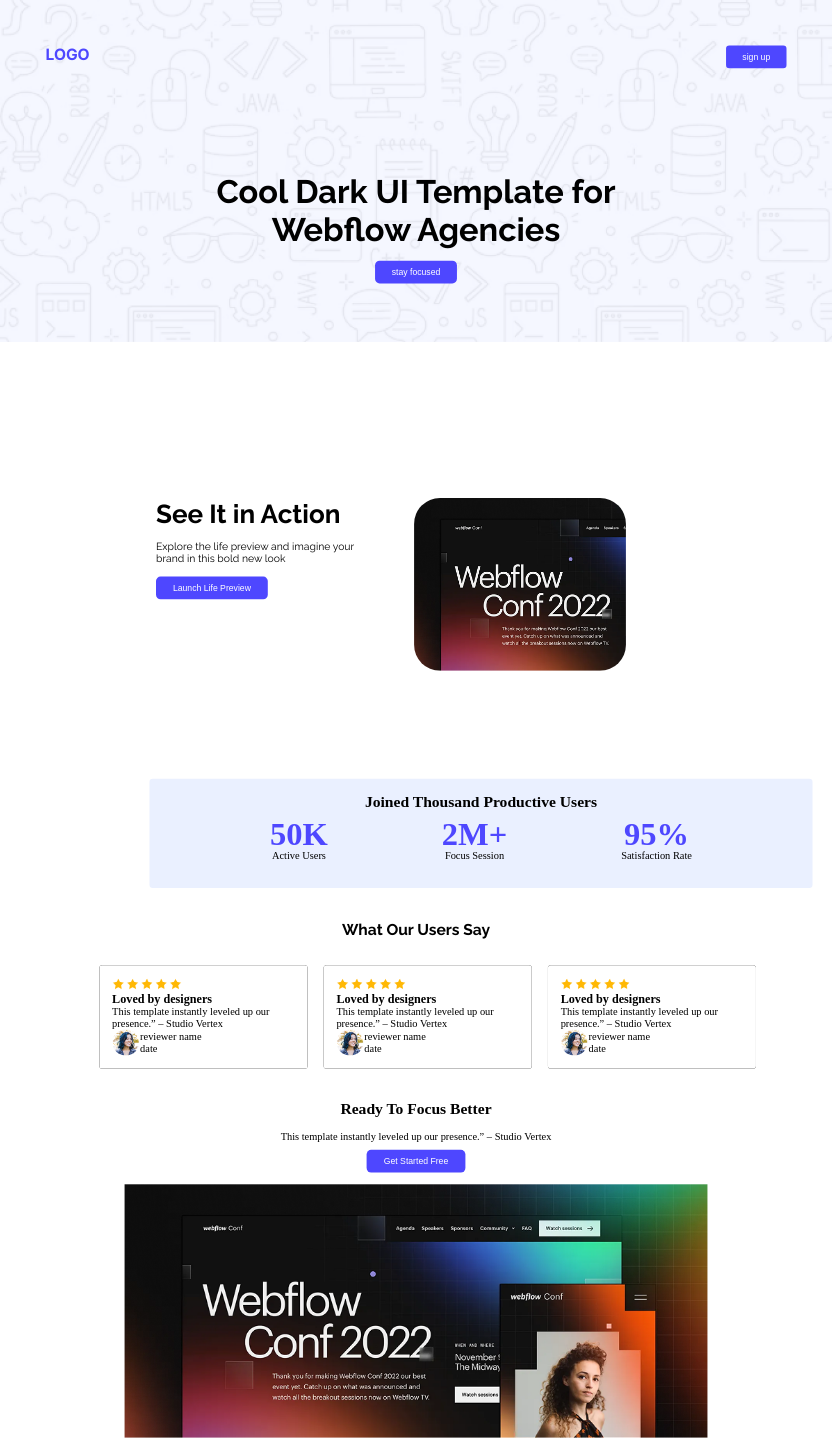
Repository: dollyrakhe22/landing-launchpad
Page: index.html
The author's editor kept a copy of each file at every save. The page is drawn from the files as they stood at one save, then again after the next save.
The browser window is 1280 px wide. The pictures show the whole page, at 65% of full size.

Above is the page before, as saved 2025-07-11 08:53:49.

### index.html
<!DOCTYPE html>
<html lang="en">
<head>
    <meta charset="UTF-8">
    <meta name="viewport" content="width=device-width, initial-scale=1.0">
    <title>Landing Launchpad</title>
    <link rel="preconnect" href="https://fonts.googleapis.com">
    <link rel="preconnect" href="https://fonts.googleapis.com">
<link rel="preconnect" href="https://fonts.gstatic.com" crossorigin>
<link href="https://fonts.googleapis.com/css2?family=Inter:ital,opsz,wght@0,14..32,100..900;1,14..32,100..900&family=Open+Sans:ital,wght@0,300..800;1,300..800&family=Raleway:ital,wght@0,100..900;1,100..900&display=swap" rel="stylesheet">
    <link rel="stylesheet" href="style.css">
   </head>
   <body>
    <header>

        <nav>
         <h2 class="inter-normal">LOGO</h2>
            <a href="#"><button>sign up</button></a>
        </nav>
        <div class="banner-section">
             <h1 class="raleway-normal" >Cool Dark UI Template for <br>Webflow Agencies</h1><br>
            <a href=""><button class="button-container">stay focused</button></a>
        </div>
    </header>
    <main>
           <!--action-container--->
           <div class="section-1">
            <div >
                <h3 class="raleway-normal">See It in Action</h3><br>
                <p class="raleway-normal" >Explore the life preview and imagine your<br>brand in this bold new look</p><br>
                 <a href=""><button class="button-container">Launch Life Preview</button></a>
                 </div>
                <div>
                     <img src="Assets/wc-mini.png" weight="90%"height="80%"
                     alt="" srcset="">
                </div>
            </div>
           <!--Users-Section-->
           <section class="users-container">
            <h1>Joined Thousand Productive Users</h1>
            <div class="contain">
                 <div>
                <h1>50K</h1>
                <p>Active Users</p>
            </div>
            <div>
                <h1>2M+</h1>
                <p>Focus Session</p>
            </div>
            <div>
                <h1>95%</h1>
                <p>Satisfaction Rate</p>
            </div>
            </div>


           </section>
            <!--Review-Card-->
            <section class="review-card">
                <h1 class="raleway-normal">What Our Users Say</h1>
                <div class="review-box">


                    <div class="box-1">
                 <div class="stars">
                   <img src="Assets/icon-star.png" alt="" srcset="">
                   <img src="Assets/icon-star.png" alt="" srcset="">
                   <img src="Assets/icon-star.png" alt="" srcset="">
                   <img src="Assets/icon-star.png" alt="" srcset="">
                   <img src="Assets/icon-star.png" alt="" srcset="">
                </div>
                <h3>Loved by designers</h3>
                <p>This template instantly leveled up our<br> presence.” – Studio Vertex</p>
                <div class="avater">
                <div class="user-details">
                    <img src="Assets/avatar.png" alt="" srcset="">

                <p>reviewer name<br>date</p>

                </div>
                </div>

               </div>

                <div class="box-1">
                     <div class="stars">
                   <img src="Assets/icon-star.png" alt="" srcset="">
                   <img src="Assets/icon-star.png" alt="" srcset="">
                   <img src="Assets/icon-star.png" alt="" srcset="">
                   <img src="Assets/icon-star.png" alt="" srcset="">
                   <img src="Assets/icon-star.png" alt="" srcset="">
                </div>
                <h3>Loved by designers</h3>
                <p>This template instantly leveled up our<br> presence.” – Studio Vertex</p>
                <div class="avater">
                <div class="user-details">
                    <img src="Assets/avatar.png" alt="" srcset="">

                <p>reviewer name<br>date</p>

                </div>
                </div>
                </div>



                <div class="box-1">
                         <div class="stars">
                   <img src="Assets/icon-star.png" alt="" srcset="">
                   <img src="Assets/icon-star.png" alt="" srcset="">
                   <img src="Assets/icon-star.png" alt="" srcset="">
                   <img src="Assets/icon-star.png" alt="" srcset="">
                   <img src="Assets/icon-star.png" alt="" srcset="">
                </div>
                <h3>Loved by designers</h3>
                <p>This template instantly leveled up our<br> presence.” – Studio Vertex</p>
                <div class="avater">
                <div class="user-details">
                    <img src="Assets/avatar.png" alt="" srcset="">

                <p>reviewer name<br>date</p>

                </div>
                </div>
                </div>
                </div>
            </section>
<!--Focus-Section-->
<section class="focus-container">
        <div>
            <h1>Ready To Focus Better</h1>
            <p>This template instantly leveled up our presence.” – Studio Vertex</p>
            <a href=""><button class="button-container">Get Started Free</button></a>
        </div>
        <br>
        <div>
            <img src="Assets/wc-big.png" weight="50px" height="390px"alt="" srcset="">
        </div>





</section>

















    </main>
    <footer>

    </footer>
</body>
</html>

### style.css
*{
    padding: 0;
    margin: 0;
}


.inter-normal {
  font-family: "Inter", sans-serif;
  font-optical-sizing: auto;
  font-style: normal;
}
header{
    background-image: url("Assets/Hero-bg.png");


}
/*nav style*/
h2{
    color:#4E47FF;
   font-weight:bolder;


}
nav{
    display: flex;
    justify-content: space-between;
    padding: 70px;
}
nav button{
    text-decoration: none;
    padding: 10px 25px;
    background-color:#4E47FF ;
    color:white;
    border-radius: 5px;
    border: none;


}

.raleway-normal{
  font-family: "Raleway", sans-serif;
  font-optical-sizing: auto;
  font-style: normal;
}
.banner-section{
    text-align: center;
    padding: 90px;
}
.banner-section h1{
    font-weight: bolder;
    font-size: 50px;
}
.button-container{
     padding: 10px 26px;
    background-color:#4E47FF ;
    color:white;
    border-radius: 7px;
    border: none;

}
/*action-container*/

.section-1{
    display: flex;
    justify-content: space-between;
    padding: 50px;
    margin: 190px;

}
.section-1 h3{
    font-size: 40px;
}
.section-1  p{

}
.section-1 img{
    border-radius: 40px;


}
/*Users- Section*/
.users-container{

    text-align: center;
    border: none;
    background-color: #eaf0ff;
    max-width: 1000px;
    padding:10px;
    margin: 0px 0px 0px 230px;
    margin-bottom: 50px;
    margin-top: -140px;
    border-radius: 5px;


}
.users-container h1{
    line-height: 50px;
}
.contain{
    display: flex;
    justify-content: center;
    justify-content: space-evenly;
    margin-bottom: 30px;



}
.contain h1{
    color: #4E47FF ;
    font-weight: bold;
    font-size: 50px;

}
/*Review-Card*/

   .box-1{
    border: none;
    width:280px;
    padding: 20px;
    margin-right: 5px;
    background-color:#ffff;
    border-radius: 4px;
    box-shadow: 0px 0px 1px 0px;

   }
.review-box{
    display: flex;
    justify-content: center;
    gap: 20px;
    margin: 40px 0px 40px 40px;


}

.review-card h1{
    text-align: center;
}
.user-details img{
    border-radius: 50%;
}
.user-details{
    display: flex;
    align-items: center;
    gap:2px;
}

/*Focus-Section*/
.focus-container{
    text-align: center;
}
.focus-container h1 {
    line-height: 45px;
}
.focus-container p{
    line-height: 40px;
}

After the next save:
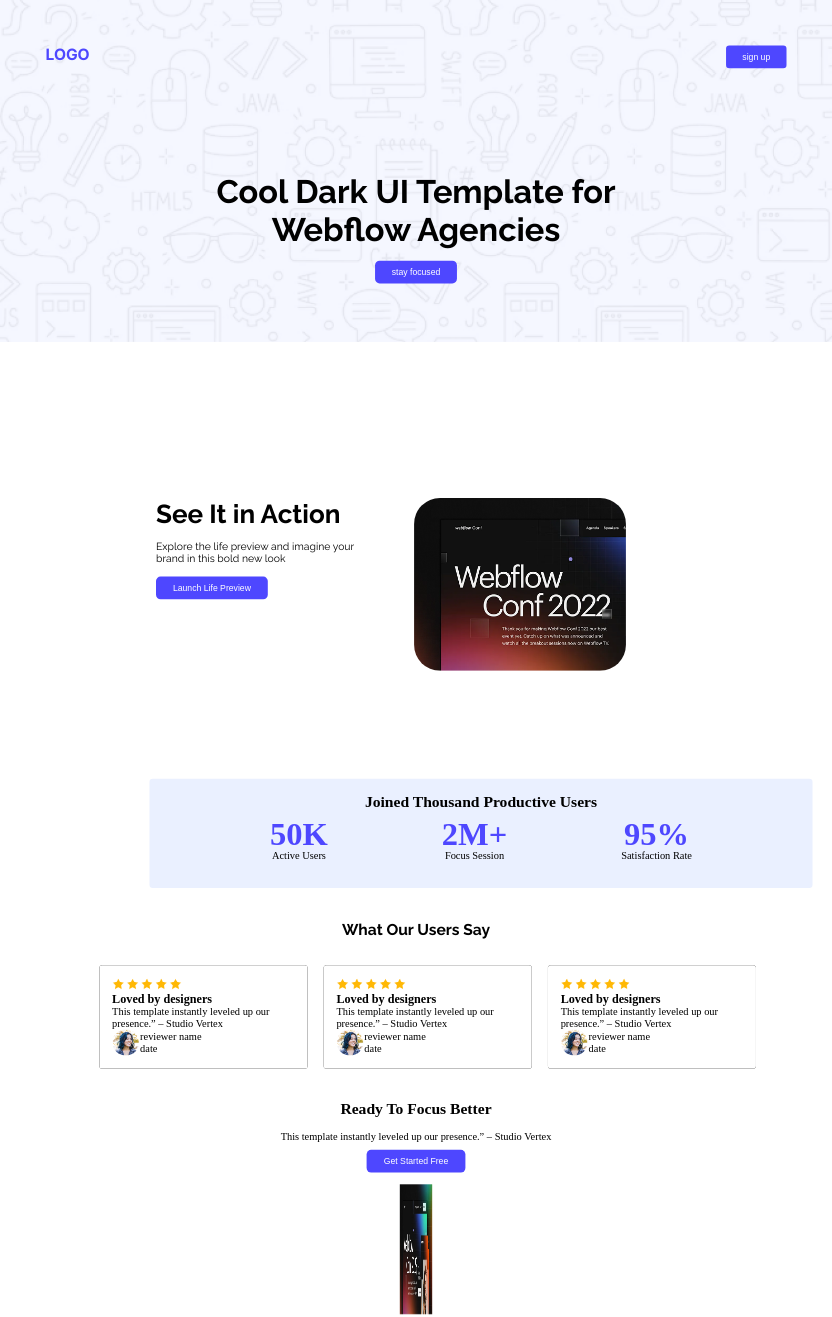
Saved 73 s later.
--- a/index.html
+++ b/index.html
@@ -134,7 +134,7 @@
         </div>
         <br>
         <div>
-            <img src="Assets/wc-big.png" weight="50px" height="390px"alt="" srcset="">
+            <img src="Assets/wc-big.png" alt="" srcset="">
         </div>
 
 
--- a/style.css
+++ b/style.css
@@ -154,3 +154,7 @@ nav button{
 .focus-container p{
     line-height: 40px;
 }
+.focus-container img{
+    width: 50px;
+    height: 200px;
+}
